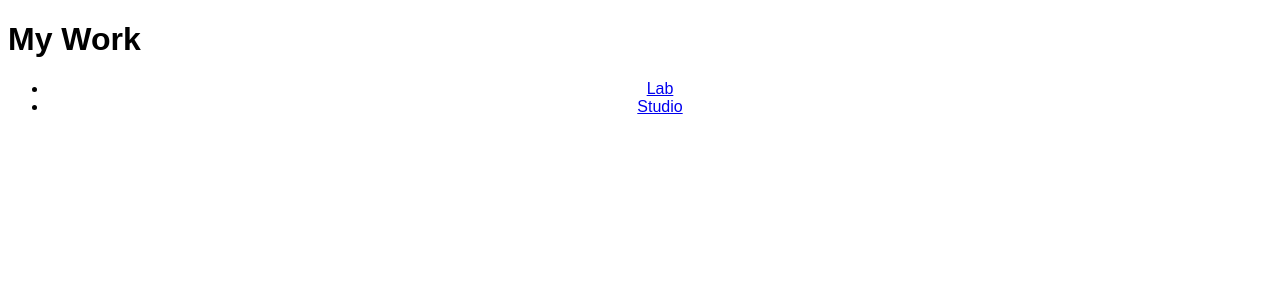
Repository: ortik455/ortik455.github.io
Page: lab/index.html
The author's editor kept a record of every edit. The page is drawn from the files as they stood at one moment, then again after the next edit.
The browser window is 1280 px wide. The pictures show the whole page.

Above is the page before.

After the next edit:
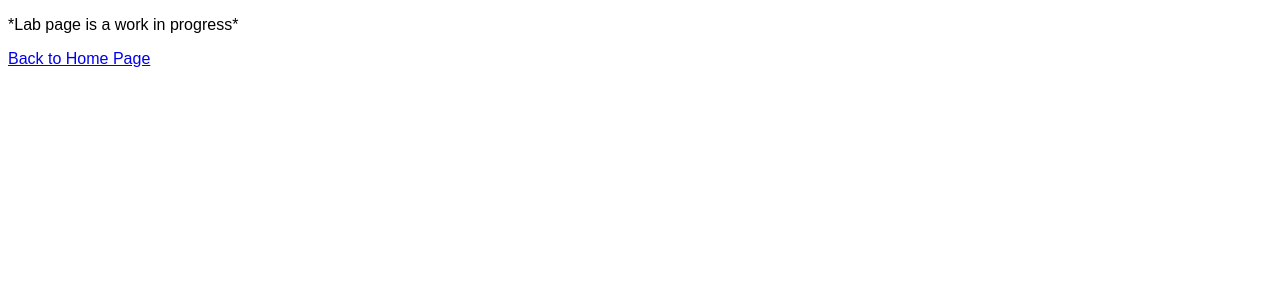
The edit:
--- a/lab/index.html
+++ b/lab/index.html
@@ -1,17 +1,11 @@
 <!DOCTYPE html>
 <html>
 	<head>
-		<title>Lab</title>
+		<title>Lab Work</title>
 
 	</head>
-
 	<body>
-		<h1><font face="arial">My Work</h1>
-		<nav>
-        <ul>
-            <li align="center"><font face="arial"><a href="lab/index.html">Lab</a></li>
-            <li align="center"><font face="arial"><a href="studio/index.html">Studio</a></li>
-        </ul>
-    	</nav>
+		<p><font face="arial">*Lab page is a work in progress*</p>
+		<a href="../index.html"><font face="arial">Back to Home Page</a>
 	</body>
 </html>
